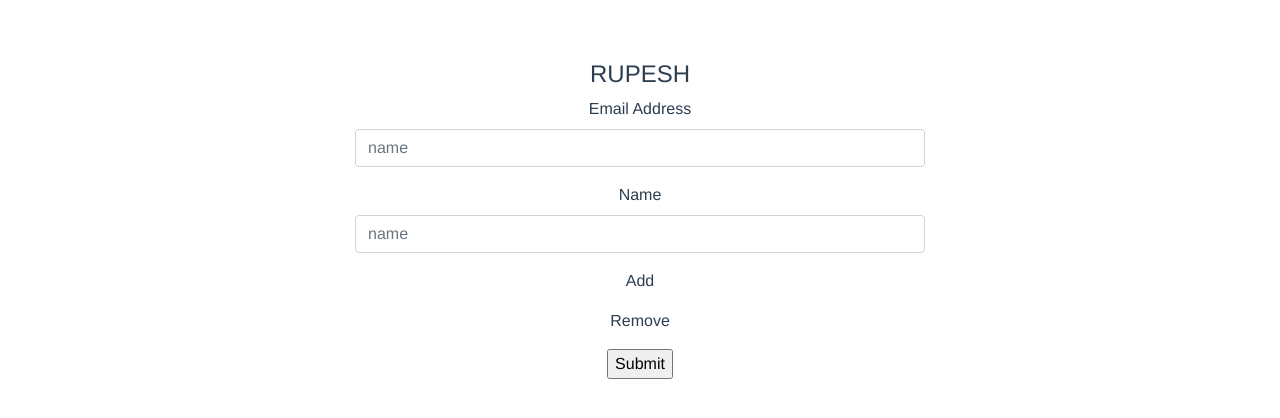
Repository: rupeshpawar93/vue-profile
Page: /company-form
These files come from the project's save history. The page is drawn as it stood at one moment and after the next save; the edit follows.
The browser window is 1280 px wide. The pictures show the whole page.
The project was rebuilt for these pictures with package versions that can differ from the ones it lists, and the page was loaded fresh each time. Also part of the build but not shown: webpack.config.js, src/components/Portfolio.vue, src/components/PortfolioDetail.vue, src/components/Mycart.vue.

Above is the page before, as saved 2019-11-06 15:32:13.

### index.html
<!DOCTYPE html>
<html lang="en">
  <head>
    <meta charset="utf-8">
    <title>Portfolio Manager</title>
  </head>
  <body>
    <div id="app"></div>
    <script src="/dist/build.js"></script>
  </body>
</html>

### src/main.js
import Vue from 'vue'
import BootstrapVue from 'bootstrap-vue'
import 'bootstrap/dist/css/bootstrap.css'
import 'bootstrap-vue/dist/bootstrap-vue.css'
import App from './App'
import router from './router'
import { store } from './store/store.js'

Vue.use(BootstrapVue)

Vue.config.productionTip = false

new Vue({
	el: '#app',
	router,
	store,
	template: '<App/>',
	components: { App }
})

### src/App.vue
<template>
  <div id="app">
    <router-view></router-view>
  </div>
</template>

<script>
	export default {
	  name: 'app'
	}
</script>


<style>
	#app {
		font-family: 'Avenir', Helvetica, Arial, sans-serif;
		-webkit-font-smoothing: antialiased;
		-moz-osx-font-smoothing: grayscale;
		text-align: center;
		color: #2c3e50;
		margin-top: 60px;
	}

	h1, h2 {
		font-weight: normal;
	}
</style>

### src/router/index.js
import Vue from 'vue'
import Router from 'vue-router'
import Portfolio from '@/components/Portfolio'
import PortfolioDetail from '@/components/PortfolioDetail'
import MyCart from '@/components/Mycart'
import Company from '@/components/Company'
Vue.use(Router)

export default new Router({
    mode: 'history',
    routes: [
        {
            path: '/',
            name: 'Portfolio',
            component: Portfolio
        },
        {
            path: '/portfolio/detail',
            name: 'mycart',
            component: MyCart,
            props:true
        },
        {
            path:'/company-form',
            name: 'company',
            component: Company
        }
    ]
})

### src/store/store.js
import Vue from 'vue'
import Vuex from 'vuex'

Vue.use(Vuex)
export const store = new Vuex.Store({
    state: {
        myshare:0,
        sharePrice:0,
        first_name:'rupesh'
    },
    getters: {
        upperCase:state=>state.first_name.toUpperCase()
    },
    mutations: {
        increment(state,flag) {
            ++state.myshare
        },
        decrement(state,flag) {
            --state.myshare
        },
        addPrice(state,price) {
            state.sharePrice=state.sharePrice+price
        },
        minusPrice(state,price) {
            state.sharePrice=state.sharePrice-price
        }
    },
    actions: {
        addIncrement(context,flag) {
            if(flag){
                context.commit('increment')
            } else {
                context.commit('decrement')
            }
        },
        addPriceValue(context,[flag,price]) {
            if(flag) {
                context.commit('addPrice',price)
            } else {
                context.commit('minusPrice',price)
            }
        }
    }
});

### src/components/Company.vue
<template>
    <div>
        <h4>{{name}}</h4>
        <h3>{{company}}</h3>
        <form class="container" @submit.prevent="checkForm">
            <div v-for="(item,index) in items" v-bind:key="index">
                <!-- <div class="form-group">
                    <label for="exampleInputEmail1">Email address</label>
                    <input type="email" class="form-control" value=""  aria-describedby="emailHelp" v-model="item.email" placeholder="Enter email">
                </div> -->
                 <Input :item="item" :name="'Email Address'" :type="'email'"/>
                <Input :item="item" :name="'Name'" :type="'text'"/>
                <!-- <div class="form-group">
                    <label for="exampleInputPassword1">Name</label>
                    <input type="text" class="form-control" value="" id="exampleInputPassword1" placeholder="name" v-model="item.name">
                </div> -->
            </div>
             <p @click="addnew">Add</p>
              <p @click="remove">Remove</p>
             <div class="form-group">
                <input type="submit" value="Submit">
            </div>
        </form>
    </div>
</template>
<style scoped>
    .container {
        width:600px;
        margin: 0 auto;
    }
</style>>

</style>
<script>
import Input from './../reuse/Input'
export default {
    name: 'Company',
    data() {
        return {
            company:'',
            items:[]
        }
    },
    components: {Input},
    computed: {
        name() {
           return this.$store.getters.upperCase
        }
    },
    created() {
        this.company = this.$route.params.item.Company
    },
    methods: {
        checkForm() {
            console.log(this.items);
        },
        addnew() {
            this.items.push([
              {  email:null,
                name:null
            }])
        },
        remove() {
            this.items.splice(0,1)
        }
    },
    mounted() {
        this.addnew()
    }
}
</script>

### src/reuse/Input.vue
<template>
   <div class="form-group">
        <label for="exampleInputPassword1">{{name}}</label>
        <input type={type} class="form-control" value="" id="exampleInputPassword1" placeholder="name" v-model="item.name">
    </div>
</template>

<script>
export default {
    name:'Input',
    props:{
        item:Array,
        name:String,
        type:String
    }
}
</script>

After the next save:
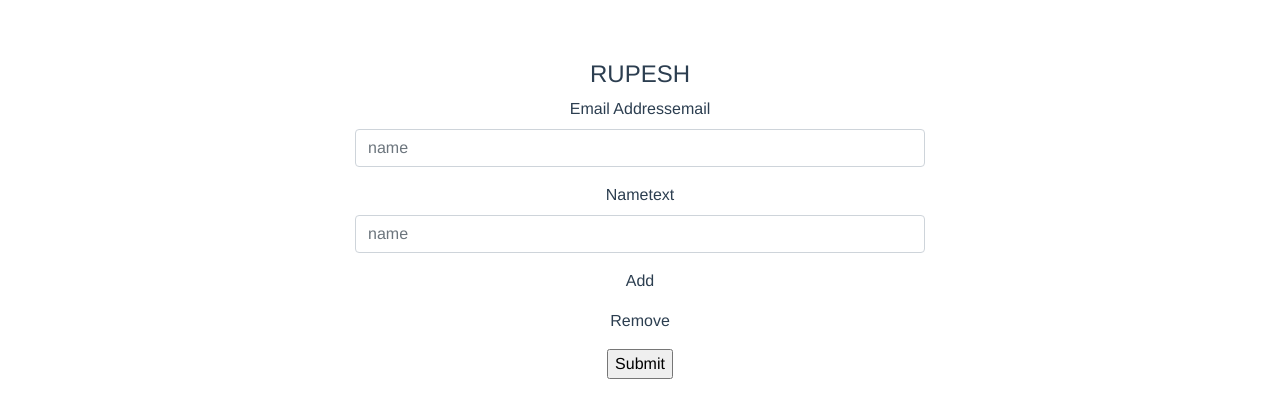
Saved 20 s later.
--- a/src/reuse/Input.vue
+++ b/src/reuse/Input.vue
@@ -1,6 +1,6 @@
 <template>
    <div class="form-group">
-        <label for="exampleInputPassword1">{{name}}</label>
+        <label for="exampleInputPassword1">{{name}}{{type}}</label>
         <input type={type} class="form-control" value="" id="exampleInputPassword1" placeholder="name" v-model="item.name">
     </div>
 </template>
